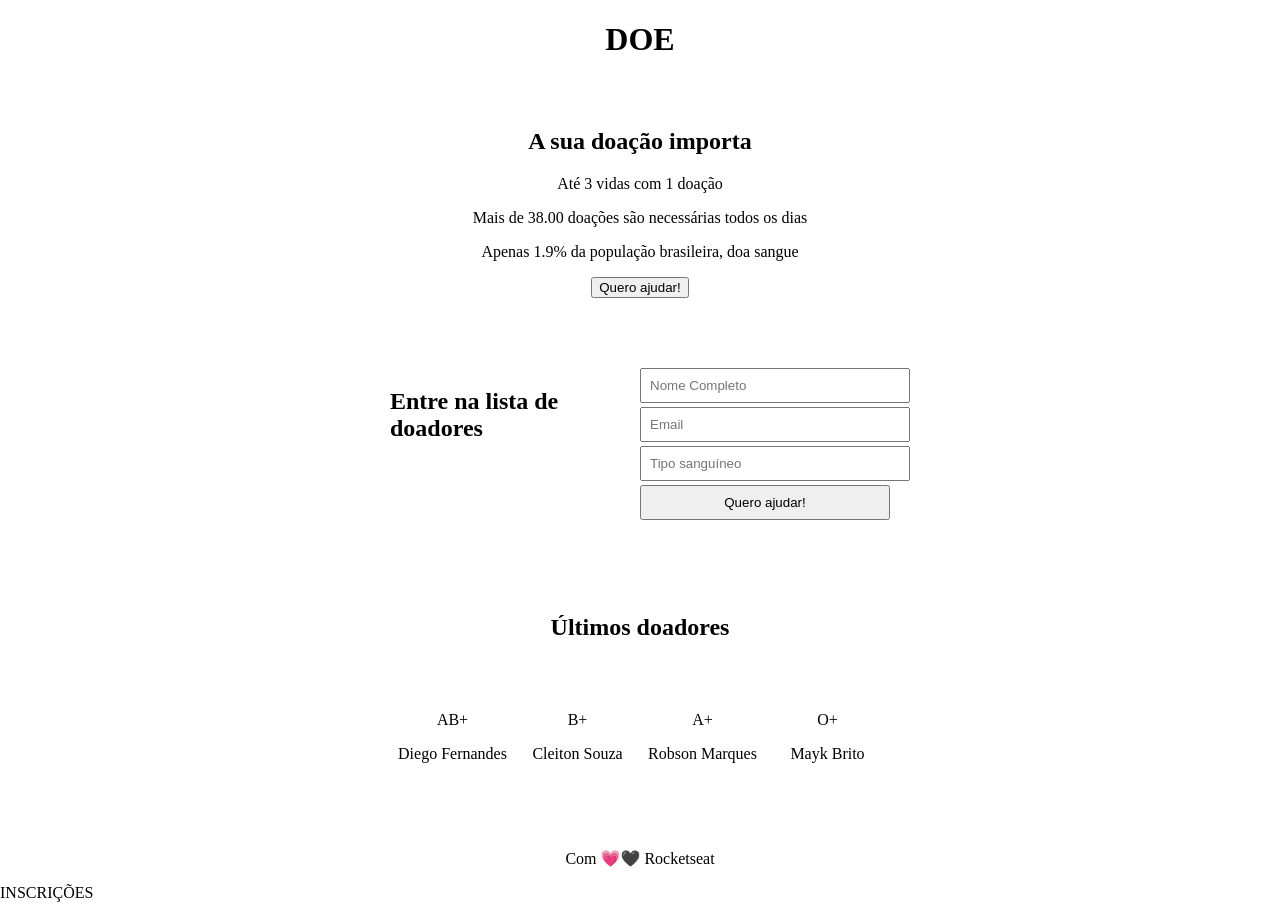
Repository: lucas-silva-dev/Doe
Page: index.html
These files come from the project's save history. The page is drawn as it stood at one moment and after the next save; the edit follows.
The browser window is 1280 px wide. The pictures show the whole page.

Above is the page before, as saved 2020-02-18 14:14:05.

### index.html
<!DOCTYPE html>
<!-- HTML
  HYPERTEXT
    Texto que contém links para outros documentos

  MARKUP
    Texto conterá marcações
    <tags>

  LANGUAGE
    Para comunicar de certa maneira. Sintaxe específica
-->
<html>

<head>
  <!-- são as configurações da minha página-->
  <title>Doe sangue! Doe vida!</title>

  <link rel="stylesheet" href="style.css">

</head>

<body>
  <!-- Aqui vem todo conteúdo visível para o usuário, dentro de certa página-->
  <header>
    <h1>DOE</h1>
    <h2>A sua doação importa</h2>
    <p>Até 3 vidas com 1 doação</p>
    <p>Mais de 38.00 doações são necessárias todos os dias</p>
    <p>Apenas 1.9% da população brasileira, doa sangue</p>
    <button>Quero ajudar!</button>
  </header>

  <section class="form">
    <h2>Entre na lista de doadores</h2>
    <form action="/">
      <input type="text" name="name" placeholder="Nome Completo">
      <input type="text" name="email" placeholder="Email">
      <input type="text" name="blood" placeholder="Tipo sanguíneo">
      <button type="submit">Quero ajudar!</button>
    </form>
  </section>

  <main>
    <h2>Últimos doadores</h2>

    <section class="donors">
      <div class="donor">
        <div class="blood">AB+</div>
        <p>Diego Fernandes</p>
      </div>
      <div class="donor">
        <div class="blood">B+</div>
        <p>Cleiton Souza</p>
      </div>
      <div class="donor">
        <div class="blood">A+</div>
        <p>Robson Marques</p>
      </div>
      <div class="donor">
        <div class="blood">O+</div>
        <p>Mayk Brito</p>
      </div>
    </section>
  </main>

  <footer> Com 💗🖤 Rocketseat</footer>
  <div class="cred">
    <p>INSCRIÇÕES</p>
  </div>
</body>

</html>

### style.css
/*
  CASCADING STYLESHEET
*/

/* GLOBAL */
html,
body {
  margin: 0;
}

body {
  display: flex;
  flex-direction: column;
  height: 100vh;
}

/* TITULOS */
header h1,
main h2 {
  margin-bottom: 70px;
}

/* ESTRUTURA */
header,
main,
footer {
  /* alinhamento de textos */
  text-align: center;
}

header,
.form,
main {
  /* espaçamentos com margin */
  margin: 0 auto 70px;

  /* limites dos elementos */
  width: 90%;
  max-width: 500px;
}

/* FORM */
section.form {
  display: grid;
  grid-template-columns: 1fr 1fr;
}

form input,
form button {
  width: 100%;
  margin-bottom: 4px;
  padding: 8px;
}
/* MAIN */
main .donors {
  display: grid;
  grid-template-columns: 1fr 1fr 1fr 1fr;
}

footer {
  margin-top: auto;
}

img {
  display: inline-block;
}

After the next save:
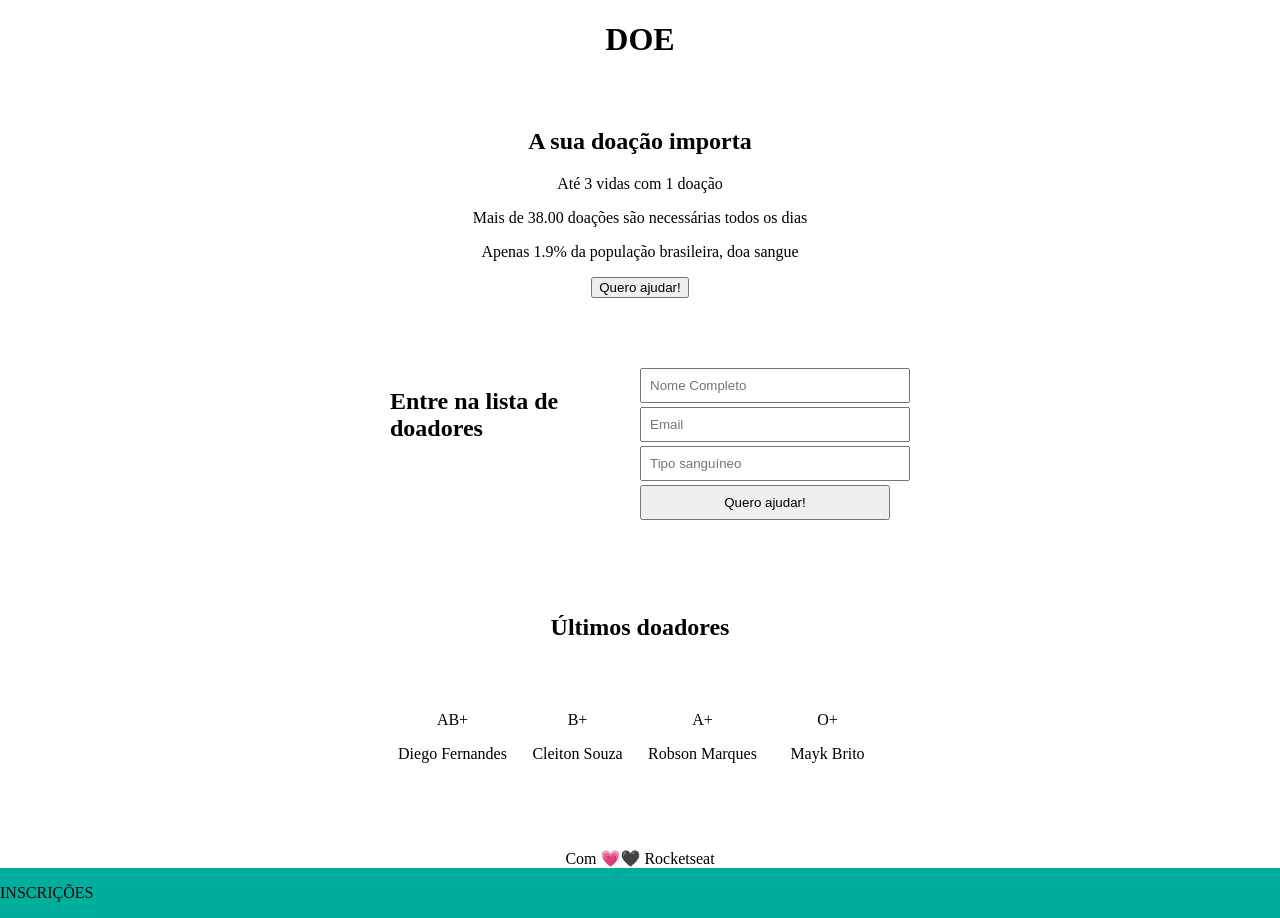
Saved 58 s later.
--- a/style.css
+++ b/style.css
@@ -61,6 +61,7 @@ footer {
   margin-top: auto;
 }
 
-img {
-  display: inline-block;
+div.cred {
+  background: #00ae9d;
+  box-shadow: 0px 4px 4px rgba(0, 0, 0, 0.25), 0px 4px 4px rgba(0, 0, 0, 0.25);
 }
